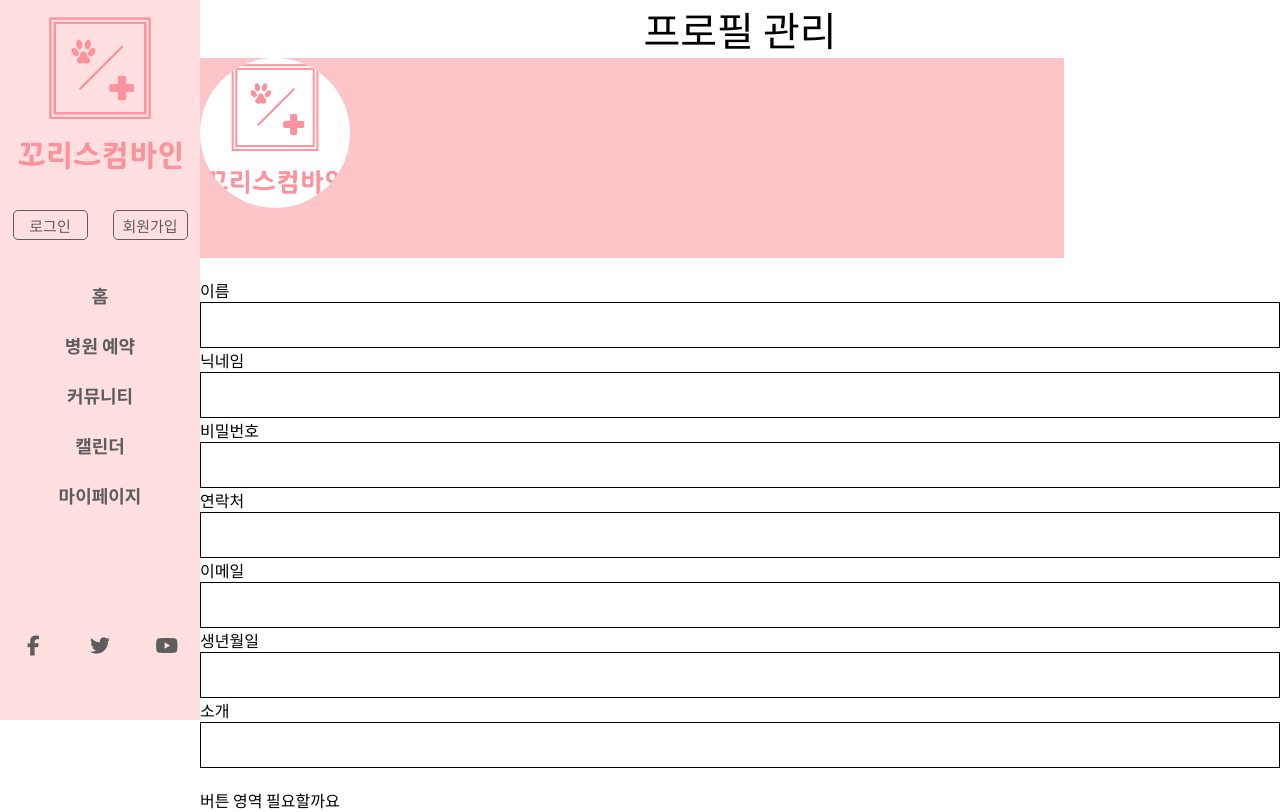
Repository: dodnam/kkoris
Page: http://localhost/1_kkoris/reservation2.jsp
An editor plug-in stored every save of this project. The page is shown before and after the next save, followed by the edit.
The browser window is 1280 px wide. The pictures show the whole page.
Some web libraries are served in a nearby version. The page is served by Tomcat 9.

Above is the page before, as saved 2020-02-17 14:53:07.

### 1_kkoris/WebContent/reservation2.jsp
<%@ page language="java" contentType="text/html; charset=UTF-8"
    pageEncoding="UTF-8"%>
<!DOCTYPE html>
<html>
<head>
<meta charset="UTF-8">
<title>Insert title here</title>
<link rel="stylesheet" type="text/css" href="<%= request.getContextPath() %>/css/index.css"/>
<link rel="stylesheet" type="text/css" href="<%= request.getContextPath() %>/css/layout.css"/>
<style>
	.box_con{width:80%; height:200px; background-color:#fcc6c9; left:30px;right:30px; text-align:center;}
	.box{width: 150px; height:150px; border-radius:70%; overflow:hidden; background-color:#fff;top:20px;text-align:center;}
	.profile{width: 100%; height:100%; object-fit:cover; display:block; margin:0px auto;}
	.userTitle{font-size:40px; text-align:center; top:30px;}
</style>
</head>
<body>
	<%@ include file="views/layout.jsp" %>
	<div class="container">
    	<div class="userTitle">
			프로필 관리
    	</div>

    	<div class="userProfile">
    		<div class="box_con">
	    		<div class="box">
	    			<img class="profile" src="<%= request.getContextPath() %>/images/logo.png">
	    		</div>
    		</div>

				<div class="input-box">
					<p class="input-label">이름</p><input type="text">
	    			<p class="input-label">닉네임</p><input type="text">
	    			<p class="input-label">비밀번호</p><input type="password">
	    			<p class="input-label">연락처</p><input type="text">
	    			<p class="input-label">이메일</p><input type="email">
	    			<p class="input-label">생년월일</p><input type="text">
	    			<p class="input-label">소개</p><input type="text">
	    		</div>
    	</div>

    	<div> 버튼 영역 필요할까요

    	</div>
	</div>
</body>
</html>

### 1_kkoris/WebContent/views/layout.jsp
<%@ page language="java" contentType="text/html; charset=UTF-8"
    pageEncoding="UTF-8"%>
<!DOCTYPE html>
<html>
<head>
<meta charset="UTF-8">
<title>Insert title here</title>
<link href="https://fonts.googleapis.com/css?family=Noto+Sans+KR&display=swap" rel="stylesheet">
<script src="https://kit.fontawesome.com/18fd811fa1.js" crossorigin="anonymous"></script> <!-- sns아이콘 -->
<link rel="stylesheet" type="text/css" href="<%= request.getContextPath() %>/css/layout.css"/> <!-- 작성할 css를 연결 -->
</head>
<body>
	<header><!-- 헤더 -->
		<h1 class="logo"></h1>
		<nav>
      		<div class="login">
	        	<div><a href="#">로그인</a></div>
	        	<div><a href="#">회원가입</a></div>
	      	</div>
	      	<ul id="navigator">
	        	<li id="nav-home">
	         		<a href="#"><span>홈</span></a>
	         	</li>
	         	<li id="nav-hospital">
	         		<span>병원 예약</span>
         			<ul class="nav2-hospital" id="nav2-hospital">
         				<li><a href="#">병원 검색</a></li>
	         			<li><a href="#">예약 확인</a></li>
	         			<li><a href="#">병원 후기</a></li>
         			</ul>
	         	</li>
	         	<li id="nav-community">
	         		<span>커뮤니티</span>
         			<ul class="nav2-community" id="nav2-community">
	         			<li><a href="#">공지사항</a></li>
	         			<li><a href="#">후기 모아보기</a></li>
	         			<li><a href="#">지식 공유</a></li>
         			</ul>
	         	</li>
	         	<li id="nav-calendar">
	         		<a href="#"><span>캘린더</span></a>
	         	</li>
	         	<li id="nav-mypage">
	         		<span>마이페이지</span>
	         		<ul class="nav2-mypage" id="nav2-mypage">
		         		<li><a href="#">내 정보</a></li>
		         		<li><a href="#">예약 조회</a></li>
		         		<li><a href="#">포인트샵</a></li>
		         		<li><a href="#">내가 쓴 글 조회</a></li>
	         		</ul>
	         	</li>
	      	</ul>
		<dl>
	    	<dt class="blind">sns</dt>
	        <dd><a href="#"><i class="fab fa-facebook-f"></i></a></dd>
	        <dd><a href="#"><i class="fab fa-twitter"></i></a></dd>
	        <dd><a href="#"><i class="fab fa-youtube"></i></a></dd>
		</dl>
		</nav>
	</header>
	<footer></footer>
</body>
</html>

### 1_kkoris/WebContent/css/index.css
@charset "UTF-8";
/* 컨테이너 */
div.container{position: absolute; top:0; left:0; padding-left:200px; height:100%; width:100%; box-sizing:border-box;}
/* 섹션이 현재 1개이기 때문에 100% 2개면 200%, 3개면 300% */
/* 참고	section:nth-of-type(1) {section 중 첫번째 section에 접근} */
section.main {position:relative; height:100%; width:100%; background: url(../images/main-bg.jpg) no-repeat center center; background-size: contain;}
section.main > article.quickMenu > ul {position: absolute; top:calc(50% - 50px); left:calc(50% - 25%); width: 50%; height: 100px; display: flex;}
section.main > article.quickMenu {position: relative; width: 100%; height: 100%; background: rgba(0, 0, 0, 0.2);}
section.main > article.quickMenu > ul > li {width: 25%; height:100px;}
section.main > article.quickMenu > ul > li > a {color: #5d5d5d; display:block; font-size: 5em; text-align:center;}
section.main > article.quickMenu > ul > li > a > span {display: block; font-size: 15px;}
section.main > article.quickMenu > ul > li > a:hover {color: #fb929e;}

### 1_kkoris/WebContent/css/layout.css
@charset "UTF-8";
* {margin: 0; padding: 0; font-family: 'Noto Sans KR', sans-serif;}
*, *:before, *:after {box-sizing: border-box;}
html, body {width: 100%; height: 100%;}
table{border-collapse: collapse;}
img,fieldset{border: none;}
ol,ul{list-style: none;}
h1,h2,h3,h4,h5,h6{font-weight: normal; font-size: 100%;}
q:after,q:before{content: "";}
abbr,acronym{border:none;} /* 축약어 */
img,input,select{vertical-align: middle;}
hr{display: none;}
a {text-decoration: none; color: #000;}
header {position: fixed; width: 200px; height: 100%; background: #ffdfdf; z-index: 30;}
input{outline: none; background: none;}
.blind{position: absolute;left: 0;top: 0;width: 0;height: 0;font-size: 0;line-height: 0;text-indent: -9999px;overflow: hidden;visibility: hidden;}
.displaynone{display: none;}

/* input타입 1 (커서유입에 따른 스타일 변화)
	<div class="input-container"><label class="input-label">아이디</label><input type=""></div>
*/
div.input-container {position: relative; display: block; margin: 20px 0;}
div.input-container > input {width: 100%; height: 40px; line-height: 40px; font-size: 16px; border: none; border-bottom: 1px solid #5d5d5d;}
div.input-container.focus > input:focus {border-bottom: 1px solid #fb929e;}
label.input-label {position: absolute; font-size: 16px; transform: translateY(10px); color: #5d5d5d; transition: transform 0.2s ease; z-index: -1;}
div.input-container.focus > label.input-label {font-size: 12px; transform: translateY(-5px); text-transform: uppercase;}
div.input-container.focus.on > label.input-label {color: #fb929e;}

/* input타입 2 (박스형)
	<div class="input-box"><p class="input-label">라벨명</p><input type=""></div>
*/
div.input-box {position: relative; display: block; margin: 20px 0;}
div.input-box > input {width: 100%; padding: 10px; font-size: 16px; border: 1px solid #000;}
p.input-label {font-size: 16px; color: #000;}
p.input-info {font-size: 14px; color: #5d5d5d;}

/* input radio
	<input type="radio" name="test"><label class="radioLabel">라벨명1</label>
	<input type="radio" name="test"><label class="radioLabel">라벨명2</label>
*/
input[type=radio] {display: none;}
label.radioLabel {display: inline-block; position: relative; padding: 0 30px; cursor: pointer; line-height: 18px;}
label.radioLabel:before, label.radioLabel:after {position: absolute; border-radius: 50%; content: '';}
label.radioLabel:before {left: 0; top: 0; width: 18px; height: 18px; border: 2px solid #000;}
label.radioLabel:after {top: 5px; left: 5px; width: 8px; height: 8px; background: #fb929e; transform: scale(0);}
input[type="radio"]:checked + label.radioLabel:before {border-color: #fb929e; }
input[type="radio"]:checked + label.radioLabel:after {transform: scale(1);}

/* input submit
	<form>에서 submit되는 버튼을 위한 css (단, 검색 등의 다른 버튼은 blue베이스 스타일로 사용)
*/
div.input-submit {display: block; text-align: center; padding: 15px;}
input[type="submit"] {min-width: 50px; height: 30px; cursor: pointer; background: #ffdfdf; color: #5d5d5d; font-size: 14px; font-weight: 600; border: none; border-radius: 5px;}
input[type="submit"]:hover {background: #fb929e; color: #fff;}

/* select 옵션  */
div > select {font-size: 10pt; width: 100px; padding: .7em .5em; font-family: inherit; background: url(https://farm1.staticflickr.com/379/19928272501_4ef877c265_t.jpg) no-repeat 95% 50%; -webkit-appearance: none; -moz-appearance: none; appearance: none; outline:none; border:1px solid #5d5d5d;}

/* input 검색 (class="search_input") */
div > span > input.search_input{width: 250px;  padding: 12px 24px; font-size: 14px; line-height: 18px; color: #575756; background-size: 18px 18px; border-radius: 50px; border: 1px solid #5d5d5d; backface-visibility: hidden; right:20px; outline:none;}


/* 영역
	<div class="container">		// 아래css 외에 특정 스타일을 주어야할 때, 클래스를 추가로 부여하여 사용했음 (ex. class="container login")
		<div class="contents">
			구현 영역
		</div>
	</div>
*/
div.container {position: absolute; top:0; left:0; padding-left:200px; width: 100%; height: 100%; margin: 0 auto; box-sizing: border-box;}
div.contents {position:relative; margin: 0 auto;}
div.contents > h2 {font-weight: 700; font-size: 30px; color: #000; padding: 15px 0; text-align: center;}


/** 헤더 **/
h1.logo {
	text-indent: -9999px; overflow: hidden; width: 180px; height: 180px;
	margin: 10px auto; /* auto는 중앙에 놓음 */
	background: url(../images/logo.png) no-repeat; background-size: contain; /*contain = h1 사이즈에 맞춤*/
}
nav > div.login {display: flex; justify-content:space-around; font-size: 15px;}
				/*블락요소로 가로 정렬 함*/
nav > div.login > div {width: 75px; height: 30px;} /* 위 아래 마진, 좌 우 마진*/
nav > div.login > div > a {display: block; width: 100%; height: 100%; line-height: 30px; text-align: center; border: 1px solid #5d5d5d; border-radius: 5px;}
nav > div.login > div > a:hover {color: #fb929e; border: none; background: #fff6f6; font-weight: 600}

/* 메뉴 */
nav {margin-top: 20px;}
nav * {color: #5d5d5d;}
nav > ul {margin-top: 30px; text-align: center;}
nav > ul > li {width: 100%;}
nav > ul > li:hover {background: #fff6f6;}
nav > ul > li span {display:block; width: 100%; height: 100%; line-height: 50px; font-size: 18px; font-weight: 600; border-radius: 10px; cursor: pointer;}
nav > ul > li span:hover {color: #fb929e;}

nav > ul > li > ul[class^=nav2] {display: none;}
nav > ul > li > ul[class^=nav2] > li > a {display: block; line-height: 40px; font-size: 16px;}
nav > ul > li > ul[class^=nav2] > li > a:hover {color: #fb929e; font-weight: 600;}

nav > ul > li:hover > ul[class^=nav2] {display: block;}

/* sns */
nav > dl {position:absolute; bottom:50px; width:100%; height:50px; display:flex; justify-content:space-around;}
nav > dl > dd {width:50px; text-align:center;}
nav > dl > dd > a {display: block; width: 100%; height:100%; font-size:20px; line-height:50px; transition:all 0.2s ease 0s;}
nav > dl > dd > a:hover {font-size:25px;}

footer {position: fixed; bottom: 10px;}

After the next save:
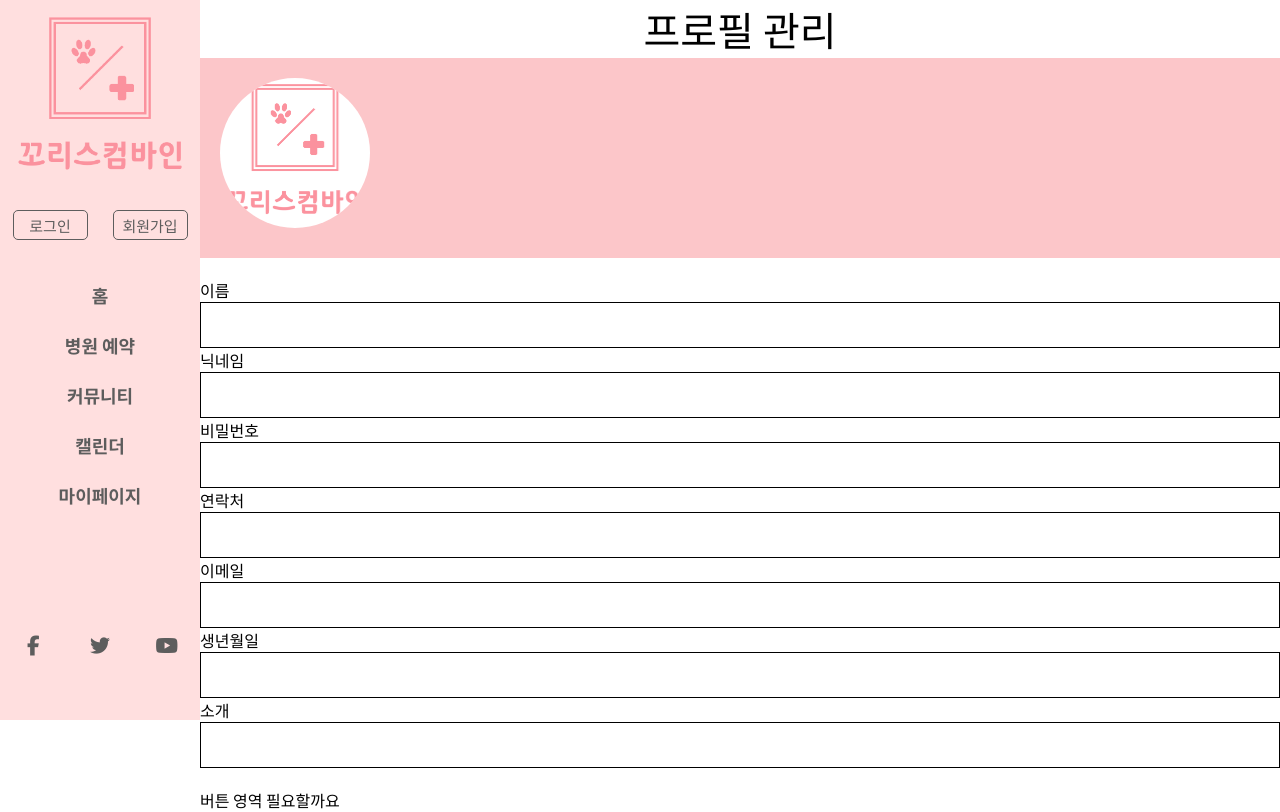
Saved 41 s later.
--- a/1_kkoris/WebContent/reservation2.jsp
+++ b/1_kkoris/WebContent/reservation2.jsp
@@ -8,7 +8,7 @@
 <link rel="stylesheet" type="text/css" href="<%= request.getContextPath() %>/css/index.css"/>
 <link rel="stylesheet" type="text/css" href="<%= request.getContextPath() %>/css/layout.css"/>
 <style>
-	.box_con{width:80%; height:200px; background-color:#fcc6c9; left:30px;right:30px; text-align:center;}
+	.box_con{padding:20px; height:200px; background-color:#fcc6c9; left:30px;right:30px; text-align:center;}
 	.box{width: 150px; height:150px; border-radius:70%; overflow:hidden; background-color:#fff;top:20px;text-align:center;}
 	.profile{width: 100%; height:100%; object-fit:cover; display:block; margin:0px auto;}
 	.userTitle{font-size:40px; text-align:center; top:30px;}
